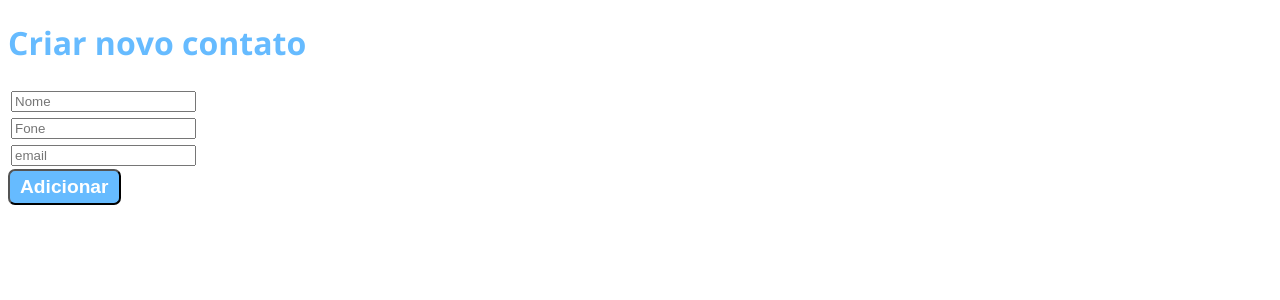
Repository: ricardoalves21/JavaWeb
Page: http://localhost/agenda/novo.html
These files come from the project's save history. The page is drawn as it stood at one moment and after the next save; the edit follows.
The browser window is 1280 px wide. The pictures show the whole page.
The page is served by Tomcat 9.

Above is the page before, as saved 2021-06-14 16:14:20.

After the next save:
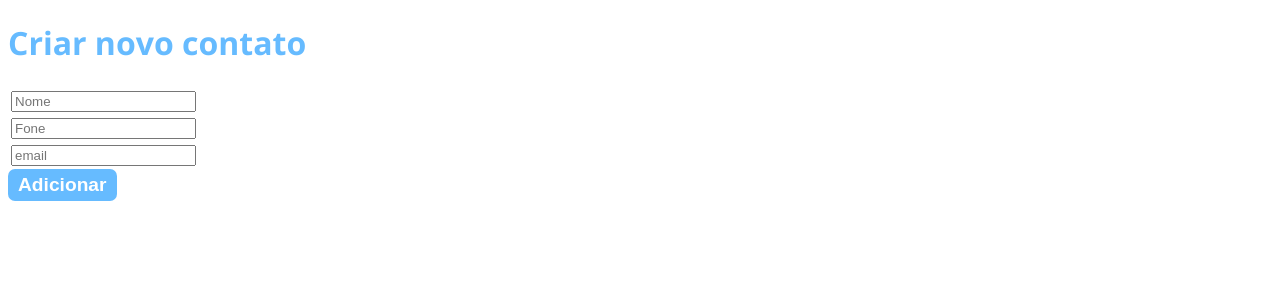
Saved 93 s later.
--- a/projeto_agenda/agenda/WebContent/style.css
+++ b/projeto_agenda/agenda/WebContent/style.css
@@ -19,4 +19,6 @@ h1 {
 	color: #fff;
 	font-size: 1.2em;
 	font-weight: 700;
+	border: 0;
+	cursor: pointer;
 }
